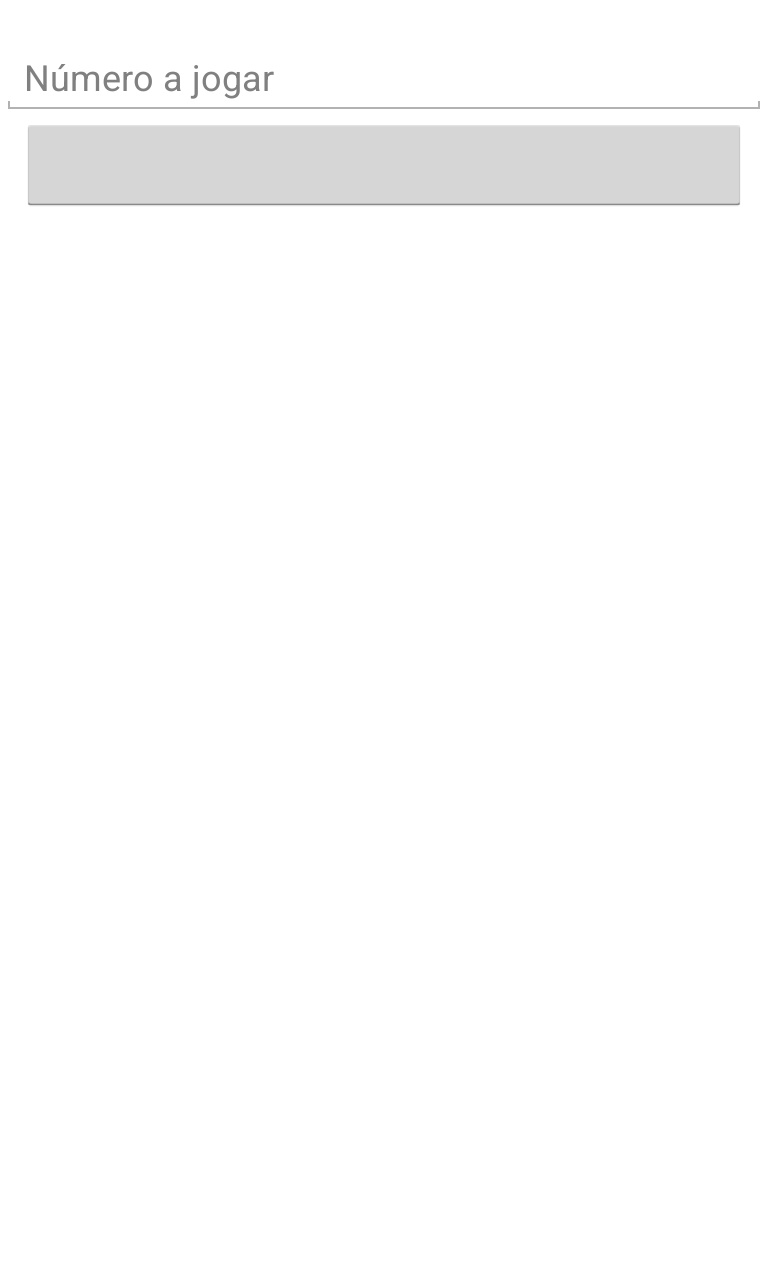
Repository: gokugohan/ddm
Layout: JogoDeAdivinha/res/layout/activity_final.xml
The author's editor kept a copy of each file at every save. The layout is drawn from the files as they stood at one save, then again after the next save.
It is drawn on a 768 x 1280 px phone screen (xhdpi) without system bars, with theme AppTheme; the app's code is not run.

Above is the layout before, as saved 2014-11-07 11:43:43.

After the next save:
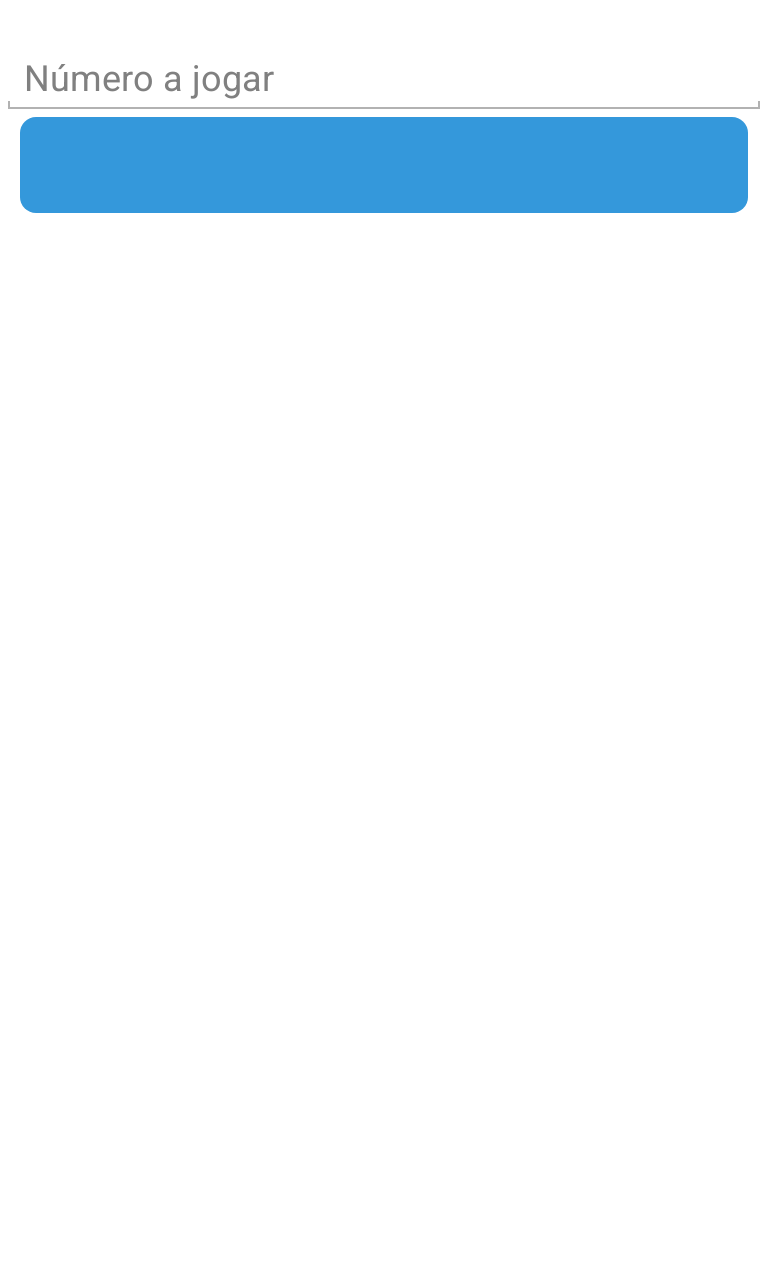
Saved 7 s later.
--- a/JogoDeAdivinha/res/layout/activity_final.xml
+++ b/JogoDeAdivinha/res/layout/activity_final.xml
@@ -19,6 +19,7 @@
         android:layout_width="match_parent"
         android:layout_height="wrap_content"
         android:layout_marginLeft="10dp"
-        android:layout_marginRight="10dp"/>
+        android:layout_marginRight="10dp"
+        android:background="@drawable/custom_button"/>
 
 </LinearLayout>
